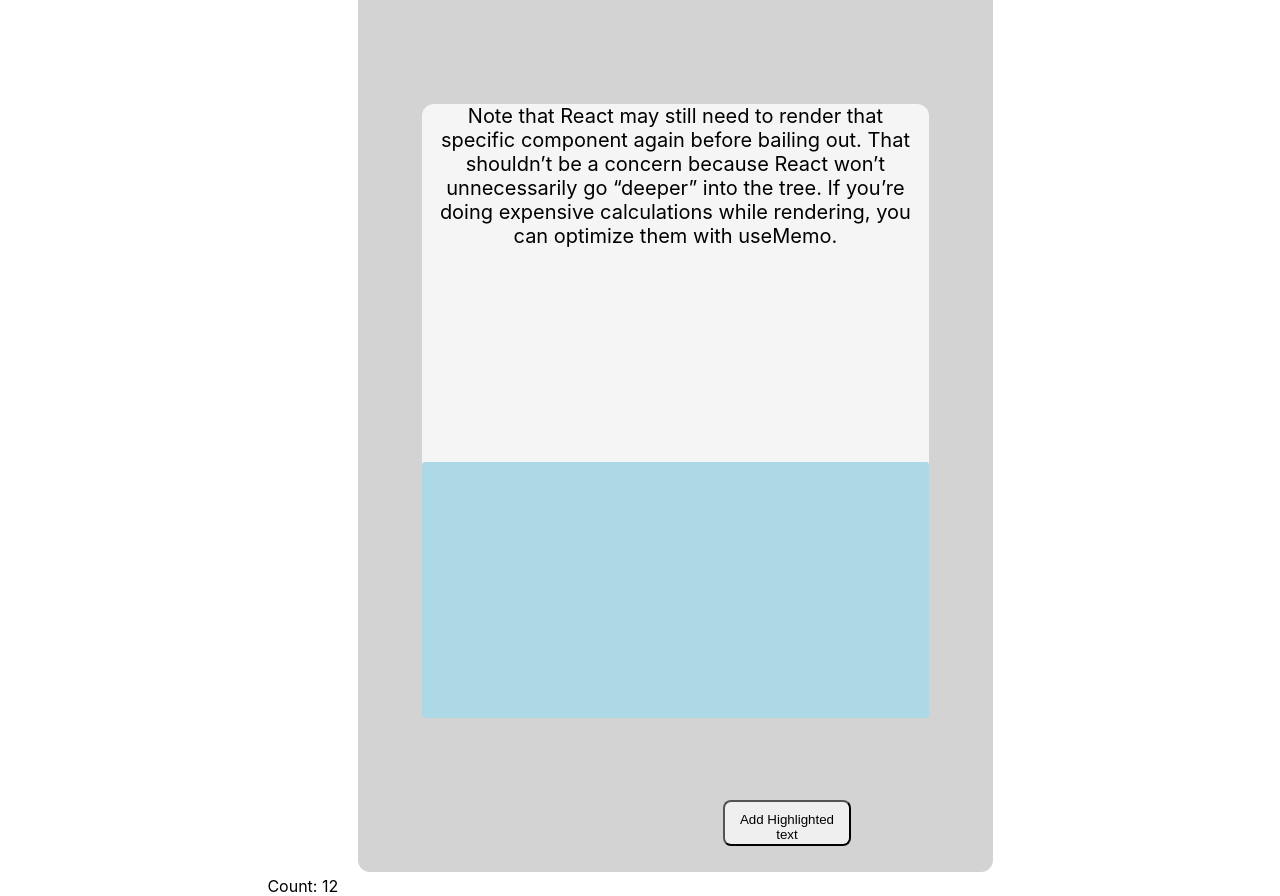
Repository: Farbod29/React-text-highlighter-with-hook-
Page: /
An editor plug-in stored every save of this project. The page is shown before and after the next save, followed by the edit.
The browser window is 1280 px wide. The pictures show the part of the page from y = 428 to 1324 px (the page is 1324 px tall).
The project was rebuilt for these pictures with package versions that can differ from the ones it lists, and the page was loaded fresh each time.

Above is the page before, as saved 2022-02-18 23:17:39.

### src/App.js
import './App.css';
import Highlighter from './highlighter';
function App() {
  return (
    <div className="App">
      <Highlighter />
    </div>
  );
}

export default App;

### src/highlighter.js
import React, { useEffect, useState } from 'react';

export default function Highlighter() {
  let doit = () => {
    document.onmouseup = () => {
      console.log(window.getSelection().toString());
    };
  };
  const [count, setCount] = useState(12);
  return (
    <>
      Count: {count}
      {/* <button onClick={() => setCount((prevCount) => prevCount - 1)}>-</button> */}
      <div
        style={{
          padding: '0px 10px',
          height: '100vw',
          width: '48vw',
          margin: '20px',
          borderRadius: '12px',
          backgroundColor: '#D3D3D3',
          inline: true,
          fontColor: 'red',
          display: 'inline-block',
          textAlign: 'center',
          position: 'relative',
        }}
      >
        <img
          style={{
            height: '30vw',
            width: '40vw',
            position: 'absolute',
            border: '2px solid',
            borderColor: '#ffff',
            left: 30,
            top: 20,
          }}
          src="https://pfrias.couragecompanion.eu/storage/m/_v2/213604778138275840/4f8b684e5-e9314a/vlyvkRQwb3ew/u8hVvH5l5IFvha9MQyXCzPOYLo2SXG3bqIpv6vBg.png"
        ></img>
        <div
          style={{
            // textBox1
            padding: '0px 10px',
            backgroundColor: '#F5F5F5',
            height: '40vw',
            width: '38vw',
            left: '5vw',
            top: '40vw',
            borderRadius: '12px',
            position: 'absolute',
            fontSize: '20px',
          }}
        >
          Note that React may still need to render that specific component again
          before bailing out. That shouldn’t be a concern because React won’t
          unnecessarily go “deeper” into the tree. If you’re doing expensive
          calculations while rendering, you can optimize them with useMemo.
        </div>
        <div
          style={{
            // textBox
            padding: '0px 10px',
            backgroundColor: '#ADD8E6',
            height: '20vw',
            width: '38vw',
            left: '5vw',
            top: '68vw',
            borderRadius: '3px',
            position: 'absolute',
          }}
        />
        <div // parent of button
          style={{
            top: '500',
            position: 'absolute',
            bottom: '2vw',
            left: '22vw',
            right: '1vw',
            width: '23vw',
          }}
        >
          <button
            style={{
              padding: '10px',
              borderRadius: '8px',
              height: '46px',
              width: '128px',
            }}
            onClick={() => setCount(12)}
          >
            {' '}
            Add Highlighted text{' '}
          </button>
        </div>
      </div>
      {doit()}
    </>
  );
}

Loaded but not shown: public/index.html (common file); src/index.js (common file); src/index.css (common file); src/reportWebVitals.js (common file); src/App.css (common file)

After the next save:
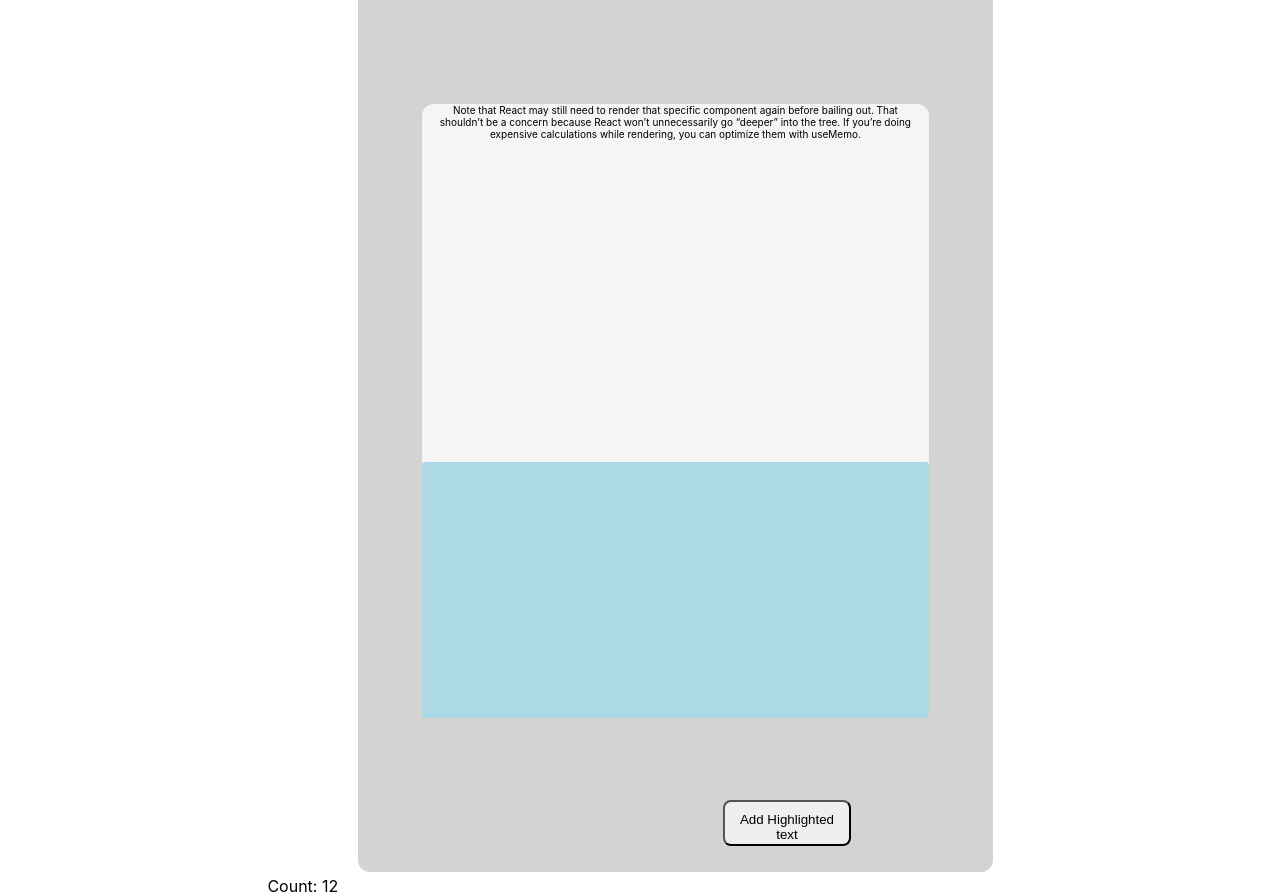
Saved 4 s later.
--- a/src/highlighter.js
+++ b/src/highlighter.js
@@ -49,7 +49,7 @@ export default function Highlighter() {
             top: '40vw',
             borderRadius: '12px',
             position: 'absolute',
-            fontSize: '20px',
+            fontSize: '10px',
           }}
         >
           Note that React may still need to render that specific component again
